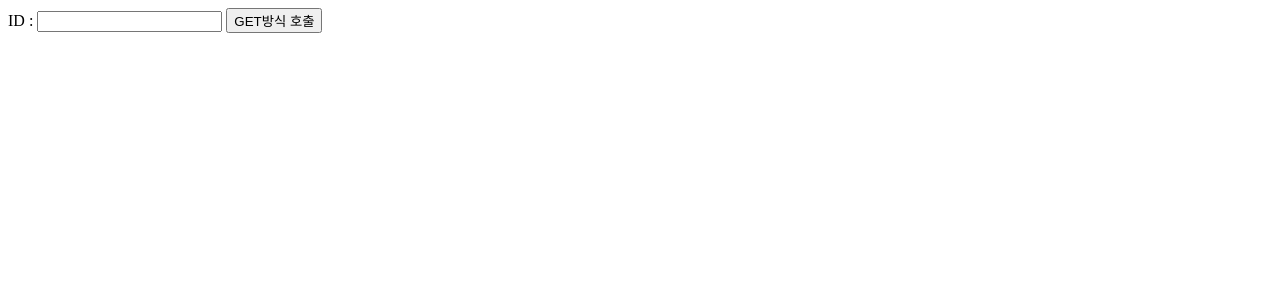
Repository: skim24245/web_workspace_src
Page: Lecture-Web/src/main/webapp/Servlet/method.html
The author's editor kept a copy of each file at every save. The page is drawn from the files as they stood at one save, then again after the next save.
The browser window is 1280 px wide. The pictures show the whole page.

Above is the page before, as saved 2022-06-02 02:12:16.

### Lecture-Web/src/main/webapp/Servlet/method.html
<!DOCTYPE html>
<html>
<head>
<meta charset="UTF-8">
<title>Insert title here</title>
</head>
<body>
<!-- http://localhost:9999/Lecture-Web/method 요청 -->
<form action="/Lecture-Web/method" method="get">
ID : <input type="text" name="id">
	 <input type="submit" value ="GET방식 호출">

</form>
</body>
</html>

After the next save:
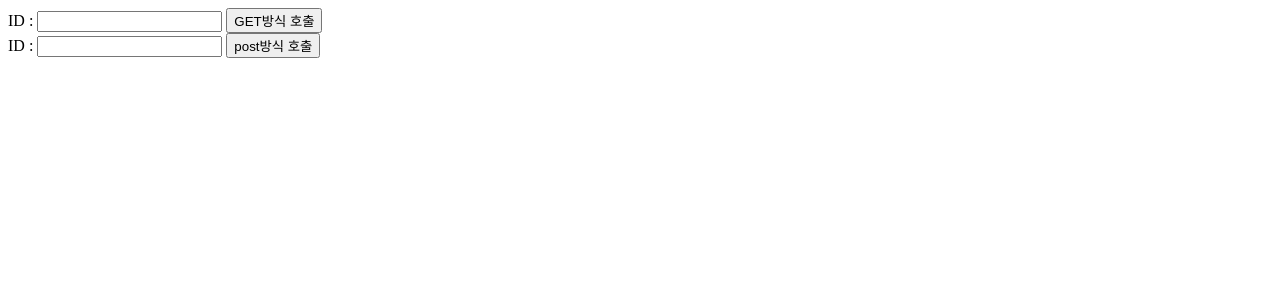
Saved 3 min 46 s later.
--- a/Lecture-Web/src/main/webapp/Servlet/method.html
+++ b/Lecture-Web/src/main/webapp/Servlet/method.html
@@ -11,5 +11,14 @@ ID : <input type="text" name="id">
 	 <input type="submit" value ="GET방식 호출">
 
 </form>
+
+
+<!-- http://localhost:9999/Lecture-Web/method 요청 -->
+<form action="/Lecture-Web/method" method="pst">
+ID : <input type="text" name="id">
+	 <input type="submit" value ="post방식 호출">
+
+
+</form>
 </body>
 </html>
